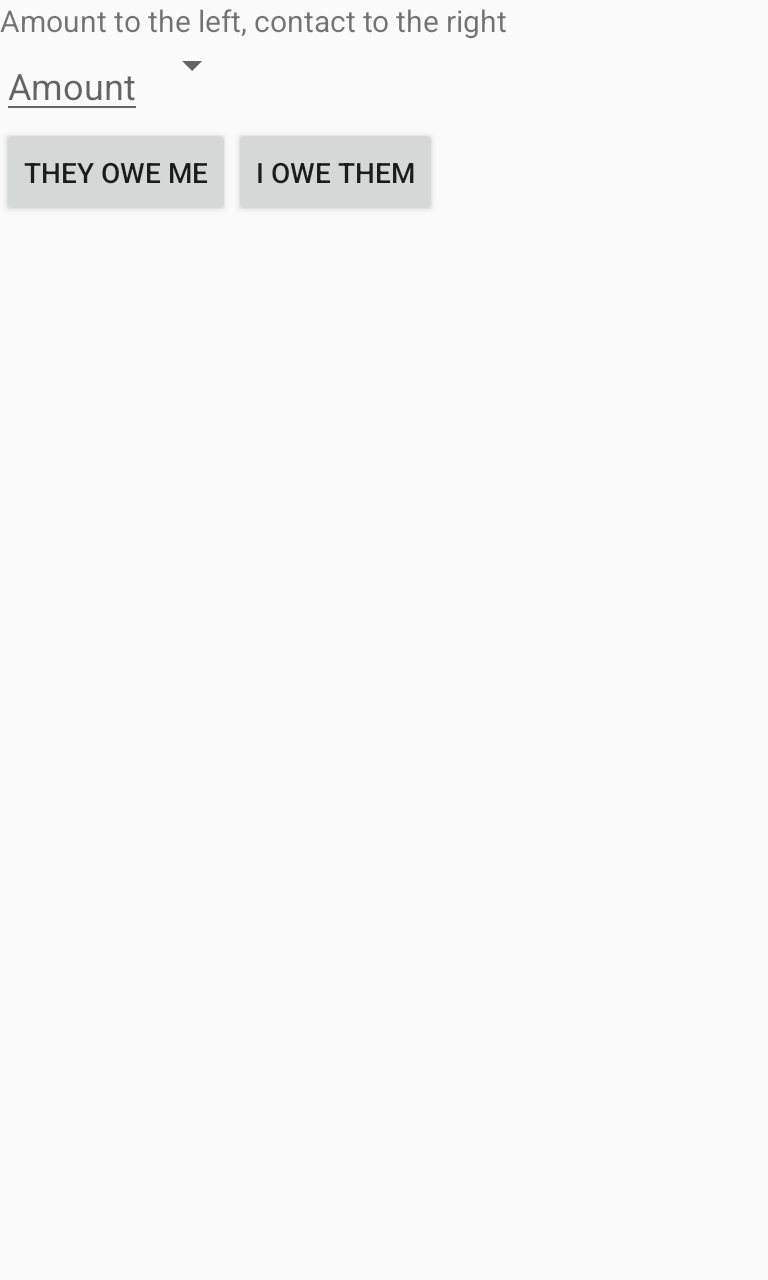
Repository: wisingd/Dajoroli
Layout: Workspace/SplitIt/res/layout/debt_view.xml
An editor plug-in stored every save of this project. The layout is shown before and after a run of saves, followed by the edit.
It is drawn on a 768 x 1280 px phone screen (xhdpi) without system bars, with theme AppTheme; the app's code is not run.

Above is the layout before, as saved 2014-05-12 15:45:09.

### Workspace/SplitIt/res/layout/debt_view.xml
<?xml version="1.0" encoding="utf-8"?>
<LinearLayout xmlns:android="http://schemas.android.com/apk/res/android"
    android:layout_width="match_parent"
    android:layout_height="match_parent"
    android:orientation="vertical" >

        <TextView
        android:layout_width="wrap_content"
        android:layout_height="wrap_content"
        android:text="@string/information_text"
        android:textSize="15sp" />

    <LinearLayout
        android:layout_width="wrap_content"
        android:layout_height="wrap_content"
        android:orientation="horizontal" >

        <EditText
            android:id="@+id/debt_amount"
            android:layout_width="wrap_content"
            android:layout_height="wrap_content"
            android:hint="@string/amount"
            android:inputType="number" />

        <Spinner
            android:id="@+id/contact_name"
            android:layout_width="wrap_content"
            android:layout_height="wrap_content"
            android:hint="@string/contact" />
    </LinearLayout>

    <LinearLayout
        android:layout_width="wrap_content"
        android:layout_height="wrap_content"
        android:orientation="horizontal" >

        <Button
            android:layout_width="wrap_content"
            android:layout_height="wrap_content"
            android:onClick="theyOweMe"
            android:text="@string/they_owe_me" />

        <Button
            android:layout_width="wrap_content"
            android:layout_height="wrap_content"
            android:onClick="iOweThem"
            android:text="@string/i_owe_them" />
    </LinearLayout>



</LinearLayout>

### Workspace/SplitIt/res/values/strings.xml
<?xml version="1.0" encoding="utf-8"?>
<resources>

    <string name="app_name">Split It</string>
    <string name="action_settings">Settings</string>
    <string name="edit_message">Contact name</string>
    <string name="button_send">Create contact!</string>
    <string name="title_activity_display_message">New Activity</string>
    <string name="information_text">Amount to the left, contact to the right</string>
    <string name="view_contacts">View contacts</string>
    <string name="amount">Amount</string>
    <string name="contact">Name</string>
    <string name="they_owe_me">They owe me</string>
    <string name="i_owe_them">I owe them</string>
    <string name="startDebtMenu">Debt menu</string>
    <string name="startContactMenu">Contact menu</string>



</resources>

Loaded but not shown: Workspace/SplitIt/res/values/styles.xml (common file); Workspace/SplitIt/res/values-v11/styles.xml (common file); Workspace/SplitIt/res/values-v14/styles.xml (common file)

After the next 2 saves:
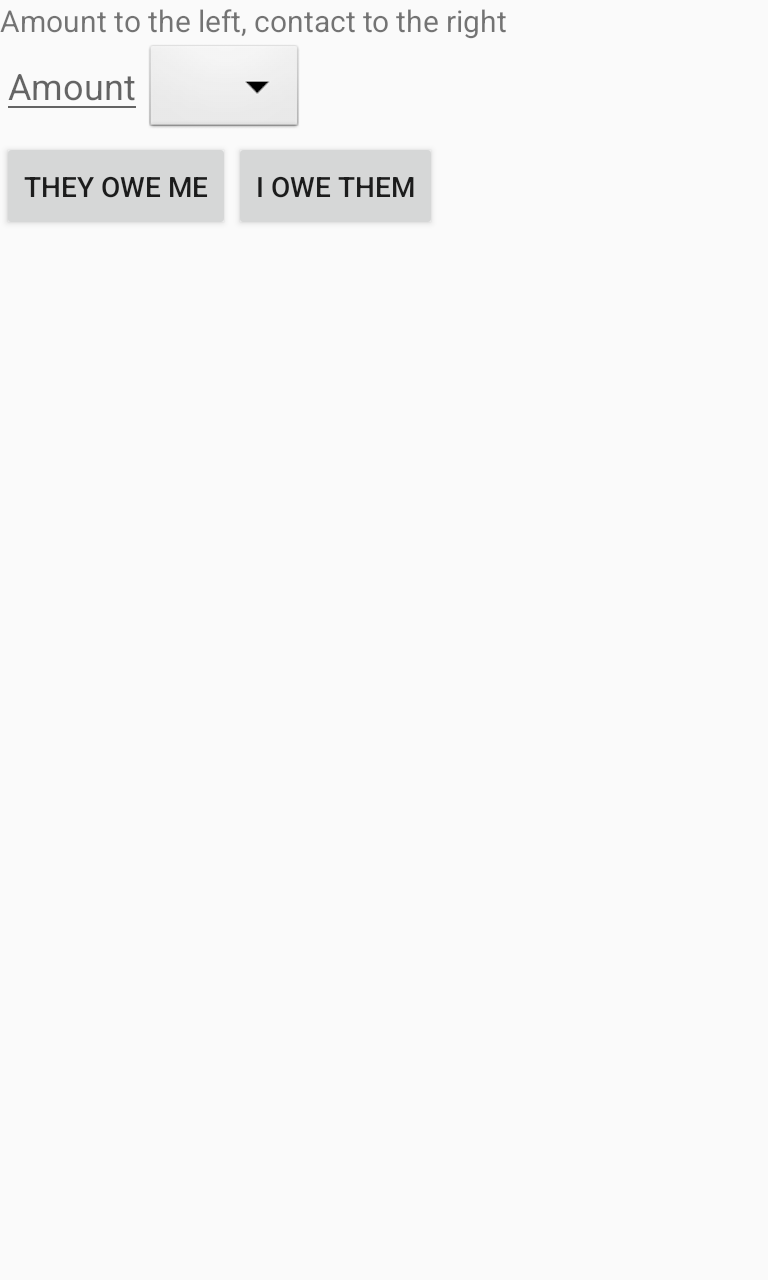
The 2 saves are shown as one change because 1 did not build or start.
The last was saved 29 s later.
--- a/Workspace/SplitIt/res/layout/debt_view.xml
+++ b/Workspace/SplitIt/res/layout/debt_view.xml
@@ -26,7 +26,8 @@
             android:id="@+id/contact_name"
             android:layout_width="wrap_content"
             android:layout_height="wrap_content"
-            android:hint="@string/contact" />
+            android:background="@android:drawable/btn_dropdown"
+            android:spinnerMode="dropdown" />
     </LinearLayout>
 
     <LinearLayout
